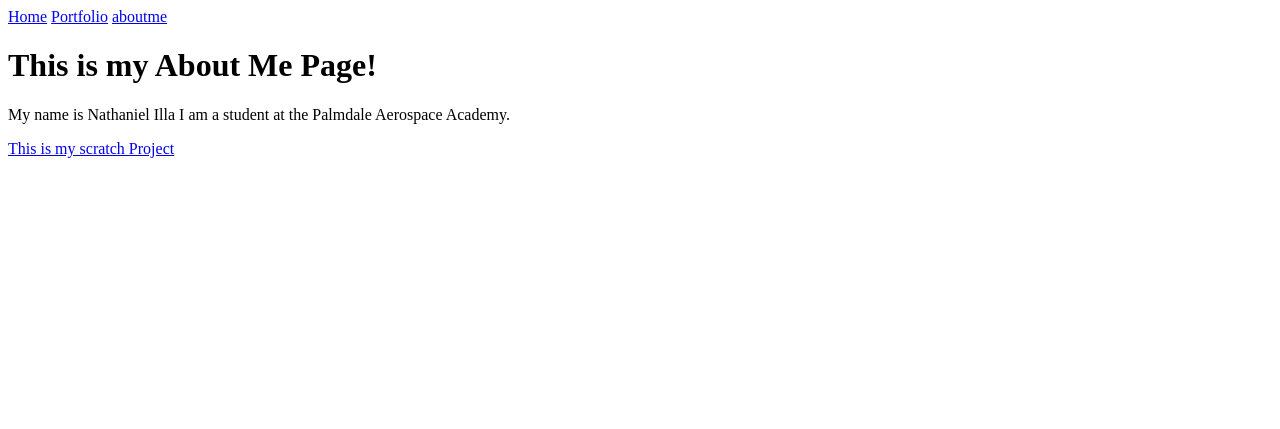
Repository: nilla1867/nilla1867.github.io
Page: my_website/aboutme.html
The author's editor kept a record of every edit. The page is drawn from the files as they stood at one moment, then again after the next edit.
The browser window is 1280 px wide. The pictures show the whole page.

Above is the page before.

### my_website/aboutme.html
<!doctype html>
	<html lang="en">
	  <head>
	    <meta charset="utf-8">
	    <title>Portfolio</title>
	  </head>
	  <body>
    <a href="index.html">Home</a>
    <a href="portfolio.html">Portfolio</a>
    <a href="About Nathaniel Illa.html">aboutme</a>
    <h1>This is my About Me Page!</h1>
    <p>My name is Nathaniel Illa I am a student at the Palmdale Aerospace Academy.</p>
	 <body>
	 <a href="https://scratch.mit.edu/projects/326801739">This is my scratch Project</a>
    <br>
    </a>
	  </body>
	</html>

After the next edit:
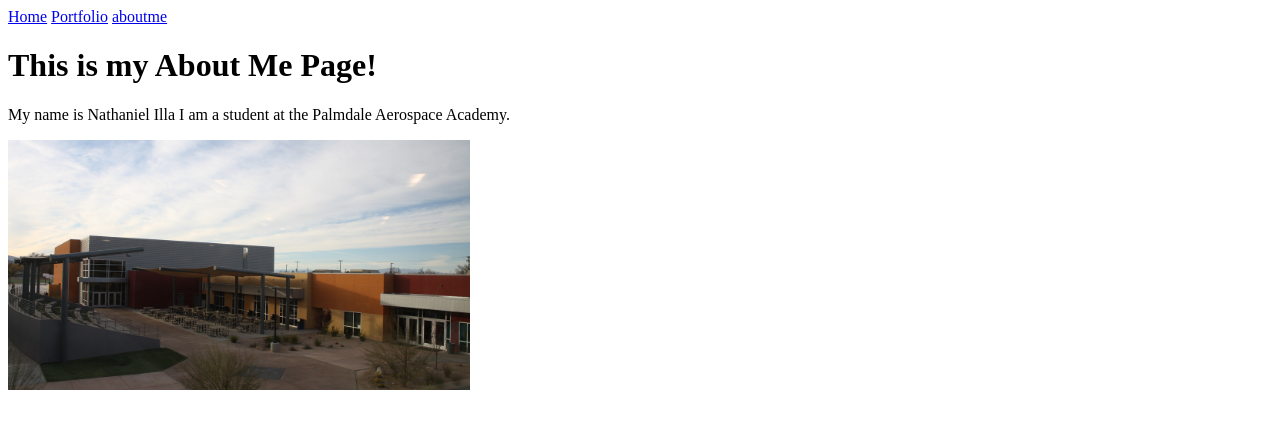
The edit:
--- a/my_website/aboutme.html
+++ b/my_website/aboutme.html
@@ -10,9 +10,6 @@
     <a href="About Nathaniel Illa.html">aboutme</a>
     <h1>This is my About Me Page!</h1>
     <p>My name is Nathaniel Illa I am a student at the Palmdale Aerospace Academy.</p>
-	 <body>
-	 <a href="https://scratch.mit.edu/projects/326801739">This is my scratch Project</a>
-    <br>
-    </a>
+<img src="images/thepalmdaleaerospaceacademy.jpg" height="250">
 	  </body>
 	</html>
